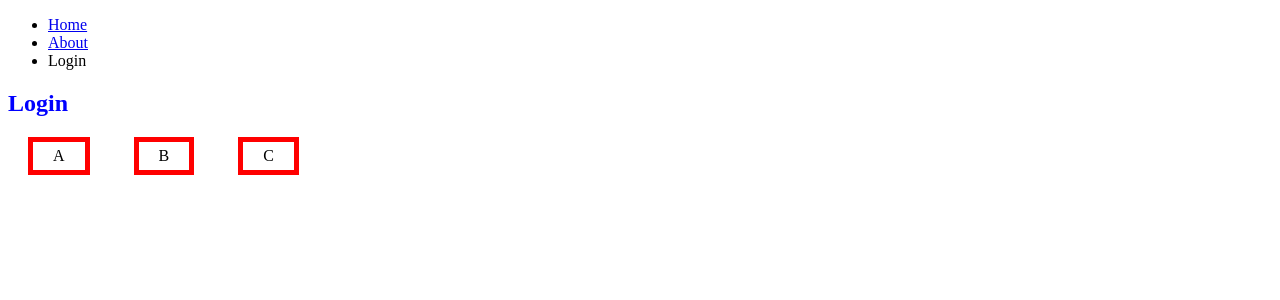
Repository: rileymeye1/ZTM
Page: project_files/login.html
An editor plug-in stored every save of this project. The page is shown before and after the next save, followed by the edit.
The browser window is 1280 px wide. The pictures show the whole page.

Above is the page before, as saved 2024-08-19 17:32:11.

After the next save:
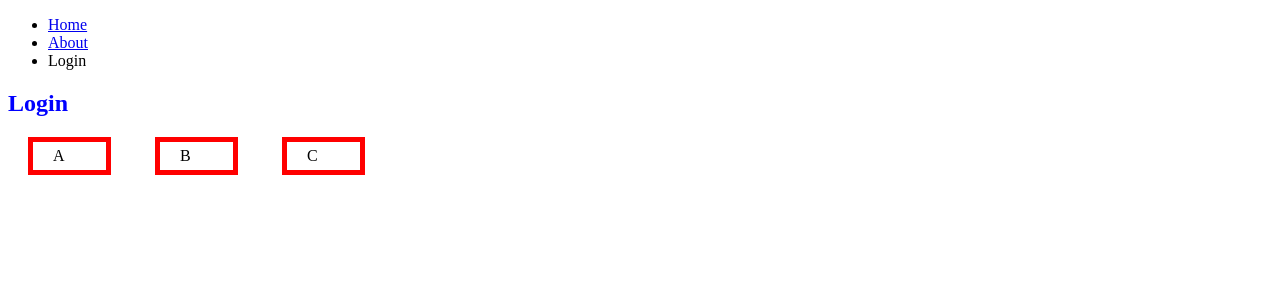
Saved 52 s later.
--- a/project_files/style2.css
+++ b/project_files/style2.css
@@ -7,4 +7,5 @@ h2 {
   display: inline-block;
   padding: 5px 20px;
   margin: 0px 20px;
+  width: 33px
 }
